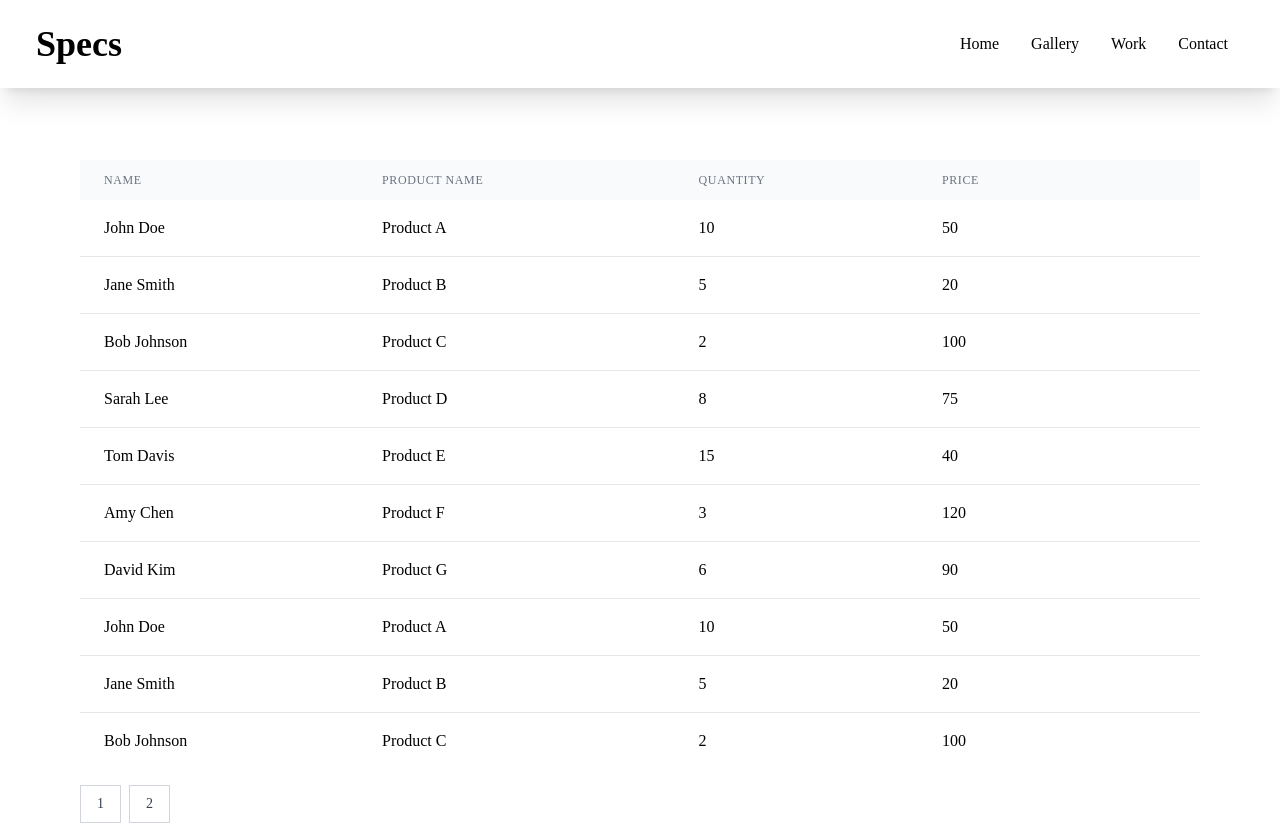
Repository: rushit163/frames-ecommerce
Page: /
These files come from the project's save history. The page is drawn as it stood at one moment and after the next save; the edit follows.
The browser window is 1280 px wide. The pictures show the whole page.
The project was rebuilt for these pictures with package versions that can differ from the ones it lists, and the page was loaded fresh each time. The framework's server and built-in components were replaced by stand-ins that run in the browser. Also part of the build but not shown: next.config.js.

Above is the page before, as saved 2023-05-06 07:12:46.

### pages/index.tsx
import Image from 'next/image'
import { Inter } from 'next/font/google';
import Admin_homePage from './Admin_homePage';
const inter = Inter({ subsets: ['latin'] })

export default function Home() {
  return (

      <Admin_homePage/>

  )
}

### styles/globals.css
@tailwind base;
@tailwind components;
@tailwind utilities;

@import url("https://fonts.googleapis.com/css2?family=Playfair+Display:ital,wght@0,400;0,500;0,600;0,700;0,800;0,900;1,400;1,500;1,600;1,700;1,800;1,900&display=swap");

.swiper {
  width: 700px;
  height: 500px;
}

### pages/Admin_homePage.tsx
import Navbar from '@/components/Navbar_Admin';
import React from 'react';
import { useState } from 'react';

const products = [
    {
      id: 1,
      name: 'John Doe',
      productName: 'Product A',
      quantity: 10,
      price: 50.0
    },
    {
      id: 2,
      name: 'Jane Smith',
      productName: 'Product B',
      quantity: 5,
      price: 20.0
    },
    {
      id: 3,
      name: 'Bob Johnson',
      productName: 'Product C',
      quantity: 2,
      price: 100.0
    },
    {
      id: 4,
      name: 'Sarah Lee',
      productName: 'Product D',
      quantity: 8,
      price: 75.0
    },
    {
      id: 5,
      name: 'Tom Davis',
      productName: 'Product E',
      quantity: 15,
      price: 40.0
    },
    {
      id: 6,
      name: 'Amy Chen',
      productName: 'Product F',
      quantity: 3,
      price: 120.0
    },
    {
      id: 7,
      name: 'David Kim',
      productName: 'Product G',
      quantity: 6,
      price: 90.0
    },
    {
      id: 8,
      name: 'John Doe',
      productName: 'Product A',
      quantity: 10,
      price: 50.0
    },
    {
      id: 9,
      name: 'Jane Smith',
      productName: 'Product B',
      quantity: 5,
      price: 20.0
    },
    {
      id: 10,
      name: 'Bob Johnson',
      productName: 'Product C',
      quantity: 2,
      price: 100.0
    },
    {
      id: 11,
      name: 'Sarah Lee',
      productName: 'Product D',
      quantity: 8,
      price: 75.0
    },
    {
      id: 12,
      name: 'Tom Davis',
      productName: 'Product E',
      quantity: 15,
      price: 40.0
    },
    {
      id: 13,
      name: 'Amy Chen',
      productName: 'Product F',
      quantity: 3,
      price: 120.0
    },
    {
      id: 14,
      name: 'David Kim',
      productName: 'Product G',
      quantity: 6,
      price: 90.0
    }
  ];


  const Admin_homePage = () => {
    const [currentPage, setCurrentPage] = useState(1);
    const [itemsPerPage, setItemsPerPage] = useState(10);

    // Logic to get current items
    const indexOfLastItem = currentPage * itemsPerPage;
    const indexOfFirstItem = indexOfLastItem - itemsPerPage;
    const currentItems = products.slice(indexOfFirstItem, indexOfLastItem);

    // Logic to paginate
    const pageNumbers = [];
    for (let i = 1; i <= Math.ceil(products.length / itemsPerPage); i++) {
      pageNumbers.push(i);
    }

    const renderPageNumbers = pageNumbers.map(number => {
      return (
        <li
          key={number}
          className={`relative inline-flex items-center px-4 py-2 border border-gray-300 bg-white text-sm font-medium text-gray-700 hover:bg-gray-50 ${currentPage === number ? 'bg-gray-200' : ''}`}
          onClick={() => setCurrentPage(number)}
        >
          {number}
        </li>
      );
    });

    return (
  <>
    <Navbar/>
    <div className="flex items-center justify-center h-screen md:pl-20 md:pr-20">
      <div className="w-full h-[80vh]">
        <table className="w-full h-[40vh]">
          <thead className="bg-gray-50">
            <tr>
              <th
                scope="col"
                className="px-6 py-3 text-left text-xs font-medium text-gray-500 uppercase tracking-wider"
              >
                Name
              </th>
              <th
                scope="col"
                className="px-6 py-3 text-left text-xs font-medium text-gray-500 uppercase tracking-wider"
              >
                Product Name
              </th>
              <th
                scope="col"
                className="px-6 py-3 text-left text-xs font-medium text-gray-500 uppercase tracking-wider"
              >
                Quantity
              </th>
              <th
                scope="col"
                className="px-6 py-3 text-left text-xs font-medium text-gray-500 uppercase tracking-wider"
              >
                Price
              </th>
              <th scope="col" className="relative px-6 py-3">
                <span className="sr-only">Edit</span>
              </th>
            </tr>
          </thead>
          <tbody className="bg-white divide-y divide-gray-200">
            {currentItems.length === 0 ? (
              <tr>
                <td colSpan="5" className="text-center p-4">
                  <h1>No items present in the table</h1>
                </td>
              </tr>
            ) : (
              currentItems.map((product) => (
                <tr key={product.id} className="hover:bg-gray-100">
                  <td className="px-6 py-4 whitespace-nowrap">{product.name}</td>
                  <td className="px-6 py-4 whitespace-nowrap">{product.productName}</td>
                  <td className="px-6 py-4 whitespace-nowrap">{product.quantity}</td>
                  <td className="px-6 py-4 whitespace-nowrap">{product.price}</td>
                </tr>
              ))
            )}
          </tbody>
        </table>
        <ul className="flex space-x-2 mt-4">{renderPageNumbers}</ul>
      </div>
    </div>
  </>
);
  };

export default Admin_homePage;

### components/Navbar_Admin.tsx
import Link from 'next/link';
import React, { useState } from 'react';


const Navbar = () => {
  const [nav, setNav] = useState(false);

  const handleNav = () => {
    setNav(!nav);
  };


  return (
    <div className='sticky bg-primary left-0 top-0 w-full ease-in duration-300 shadow-xl'>
      <div className='max-w-[1240px] m-auto flex justify-between items-center p-4 text-black'>
        <Link href='/'>
          <h1  className='font-bold text-4xl'>
            Specs
          </h1>
        </Link>
        <ul className='hidden sm:flex'>
          <li className='p-4'>
            <Link href='/'>Home</Link>
          </li>
          <li className='p-4'>
            <Link href='/#gallery'>Gallery</Link>
          </li>
          <li className='p-4'>
            <Link href='/work'>Work</Link>
          </li>
          <li className='p-4'>
            <Link href='/contact'>Contact</Link>
          </li>
        </ul>

        {/* Mobile Button */}
        <div onClick={handleNav} className='block sm:hidden z-10 cursor-pointer'>
          {nav ? (
            <div>
                <svg xmlns="http://www.w3.org/2000/svg" fill="none" viewBox="0 0 24 24" strokeWidth={1.5} stroke="currentColor" className="w-6 h-6">
                <path strokeLinecap="round" strokeLinejoin="round" d="M6 18L18 6M6 6l12 12" />
                </svg>

            </div>
          ) : (
            <div >
                <svg xmlns="http://www.w3.org/2000/svg" fill="none" viewBox="0 0 24 24" strokeWidth={1.5}  stroke="currentColor" className="w-6 h-6">
                 <path strokeLinecap="round" strokeLinejoin="round" d="M3.75 5.25h16.5m-16.5 4.5h16.5m-16.5 4.5h16.5m-16.5 4.5h16.5" />
                </svg>
            </div>
          )}
        </div>
        {/* Mobile Menu */}
        <div
          className={
            nav
              ? 'sm:hidden absolute top-0 left-0 right-0 bottom-0 flex justify-center items-center w-full h-screen bg-primary bg-opacity-70 backdrop-blur-sm text-center ease-in duration-300'
              : 'sm:hidden absolute top-0 left-[-100%] right-0 bottom-0 flex justify-center items-center w-full h-screen bg-primary text-center ease-in duration-300 bg-opacity-70 backdrop-blur-sm'
          }
        >
          <ul>
            <li onClick={handleNav} className='p-4 text-4xl '>
              <Link href='/'>Home</Link>
            </li>
            <li onClick={handleNav} className='p-4 text-4xl '>
              <Link href='/#gallery'>Gallery</Link>
            </li>
            <li onClick={handleNav} className='p-4 text-4xl '>
              <Link href='/work'>Work</Link>
            </li>
            <li onClick={handleNav} className='p-4 text-4xl'>
              <Link href='/contact'>Contact</Link>
            </li>
          </ul>
        </div>
      </div>
    </div>
  );
};




export default Navbar;

### tailwind.config.js
/** @type {import('tailwindcss').Config} */
module.exports = {
  content: [
    "./pages/**/*.{js,ts,jsx,tsx,mdx}",
    "./components/**/*.{js,ts,jsx,tsx,mdx}",
    "./app/**/*.{js,ts,jsx,tsx,mdx}",
  ],
  theme: {
    extend: {
      colors: {
        primary: "#ffffff",
        secondary: "#7e57c2",
      },
      fontFamily: {
        primary: ["Playfair Display", "serif"],
      },
    },
  },
  plugins: [require("@tailwindcss/forms")],
};

Loaded but not shown: pages/_app.tsx (common file); pages/_document.tsx (common file)

After the next save:
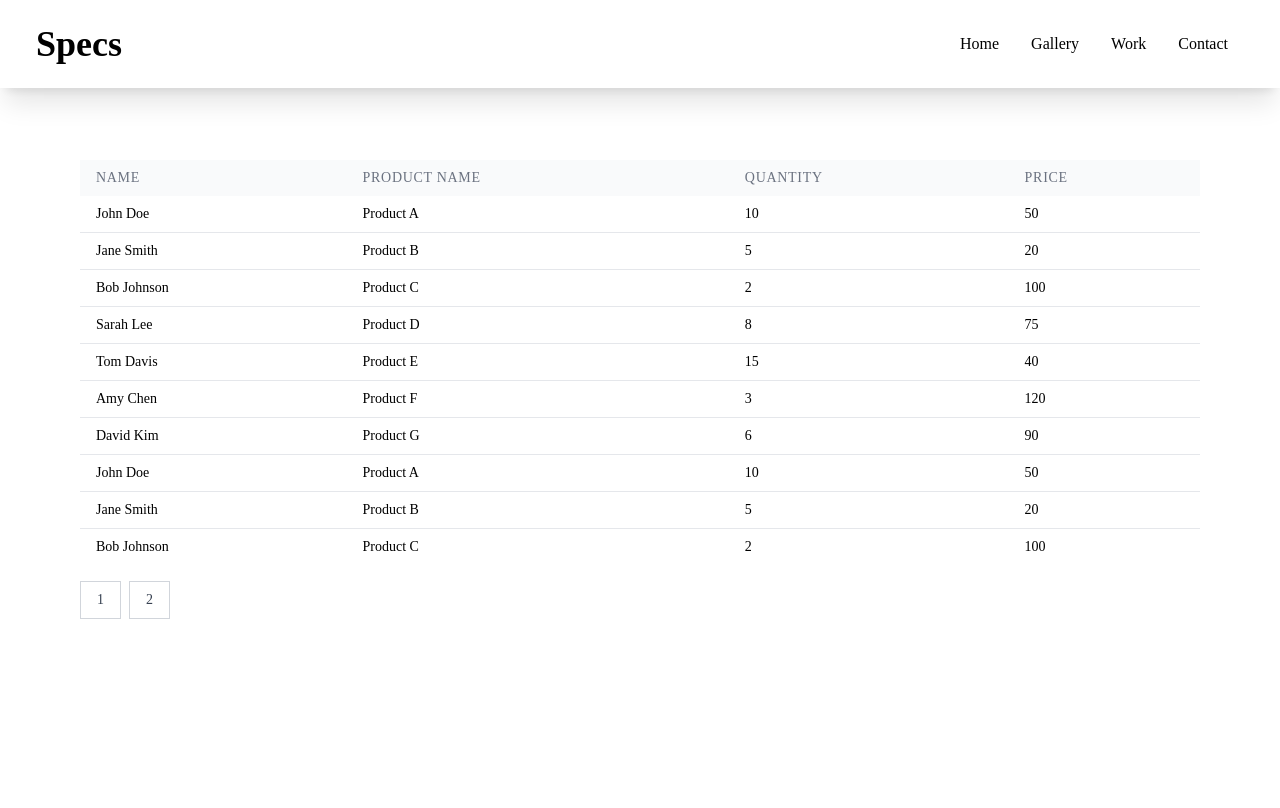
Saved 2 min 1 s later.
--- a/pages/Admin_homePage.tsx
+++ b/pages/Admin_homePage.tsx
@@ -132,66 +132,63 @@ const products = [
     });
 
     return (
-  <>
-    <Navbar/>
-    <div className="flex items-center justify-center h-screen md:pl-20 md:pr-20">
-      <div className="w-full h-[80vh]">
-        <table className="w-full h-[40vh]">
-          <thead className="bg-gray-50">
-            <tr>
-              <th
-                scope="col"
-                className="px-6 py-3 text-left text-xs font-medium text-gray-500 uppercase tracking-wider"
-              >
-                Name
-              </th>
-              <th
-                scope="col"
-                className="px-6 py-3 text-left text-xs font-medium text-gray-500 uppercase tracking-wider"
-              >
-                Product Name
-              </th>
-              <th
-                scope="col"
-                className="px-6 py-3 text-left text-xs font-medium text-gray-500 uppercase tracking-wider"
-              >
-                Quantity
-              </th>
-              <th
-                scope="col"
-                className="px-6 py-3 text-left text-xs font-medium text-gray-500 uppercase tracking-wider"
-              >
-                Price
-              </th>
-              <th scope="col" className="relative px-6 py-3">
-                <span className="sr-only">Edit</span>
-              </th>
-            </tr>
-          </thead>
-          <tbody className="bg-white divide-y divide-gray-200">
-            {currentItems.length === 0 ? (
-              <tr>
-                <td colSpan="5" className="text-center p-4">
-                  <h1>No items present in the table</h1>
-                </td>
-              </tr>
-            ) : (
-              currentItems.map((product) => (
-                <tr key={product.id} className="hover:bg-gray-100">
-                  <td className="px-6 py-4 whitespace-nowrap">{product.name}</td>
-                  <td className="px-6 py-4 whitespace-nowrap">{product.productName}</td>
-                  <td className="px-6 py-4 whitespace-nowrap">{product.quantity}</td>
-                  <td className="px-6 py-4 whitespace-nowrap">{product.price}</td>
+      <>
+        <Navbar />
+        <div className="flex items-center justify-center h-screen md:pl-20 md:pr-20">
+          <div className="w-full h-[80vh]">
+            <table className="w-full h-[40vh] text-sm">
+              <thead className="bg-gray-50">
+                <tr>
+                  <th
+                    scope="col"
+                    className="px-4 py-2 text-left font-medium text-gray-500 uppercase tracking-wider"
+                  >
+                    Name
+                  </th>
+                  <th
+                    scope="col"
+                    className="px-4 py-2 text-left font-medium text-gray-500 uppercase tracking-wider"
+                  >
+                    Product Name
+                  </th>
+                  <th
+                    scope="col"
+                    className="px-4 py-2 text-left font-medium text-gray-500 uppercase tracking-wider"
+                  >
+                    Quantity
+                  </th>
+                  <th
+                    scope="col"
+                    className="px-4 py-2 text-left font-medium text-gray-500 uppercase tracking-wider"
+                  >
+                    Price
+                  </th>
                 </tr>
-              ))
-            )}
-          </tbody>
-        </table>
-        <ul className="flex space-x-2 mt-4">{renderPageNumbers}</ul>
-      </div>
-    </div>
-  </>
-);
+              </thead>
+              <tbody className="bg-white divide-y divide-gray-200">
+                {currentItems.length === 0 ? (
+                  <tr>
+                    <td colSpan="5" className="text-center p-4">
+                      <h1>No items present in the table</h1>
+                    </td>
+                  </tr>
+                ) : (
+                  currentItems.map((product) => (
+                    <tr key={product.id} className="hover:bg-gray-100">
+                      <td className="px-4 py-2 whitespace-nowrap">{product.name}</td>
+                      <td className="px-4 py-2 whitespace-nowrap">{product.productName}</td>
+                      <td className="px-4 py-2 whitespace-nowrap">{product.quantity}</td>
+                      <td className="px-4 py-2 whitespace-nowrap">{product.price}</td>
+                    </tr>
+                  ))
+                )}
+              </tbody>
+            </table>
+            <ul className="flex space-x-2 mt-4">{renderPageNumbers}</ul>
+          </div>
+        </div>
+      </>
+    );
   };
 
 export default Admin_homePage;
